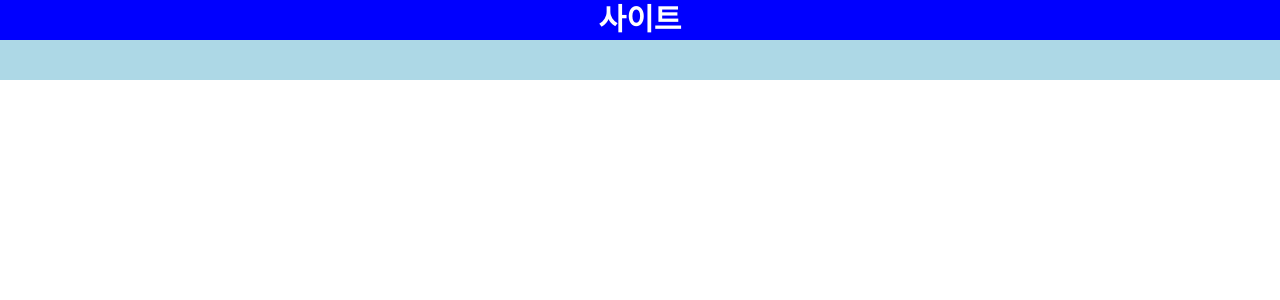
Repository: ImGaram/til
Page: http://localhost/practice/soqn/header.jsp
The author's editor kept a copy of each file at every save. The page is drawn from the files as they stood at one save, then again after the next save.
The browser window is 1280 px wide. The pictures show the whole page.
The page is served by Tomcat 9. Other server files are loaded and not shown.

Above is the page before, as saved 2022-06-28 11:02:02.

### 2학년 jsp(화면구현)/practice/src/main/webapp/soqn/header.jsp
<%@ page language="java" contentType="text/html; charset=UTF-8"
    pageEncoding="UTF-8"%>
<!DOCTYPE html>
<html>
<head>
<meta charset="UTF-8">
<title>header</title>
</head>
<body>
<header style="position:fixed; top:0; left:0; width:100%; height:40px; line-height: 40px; background-color:blue;
 color: white; text-align:center; font-size:30px">
<b>사이트</b>
<nav style="background-color:lightblue; top:0; left:0; width:100%; height:40px;">

</nav>
</header>
</body>
</html>

After the next save:
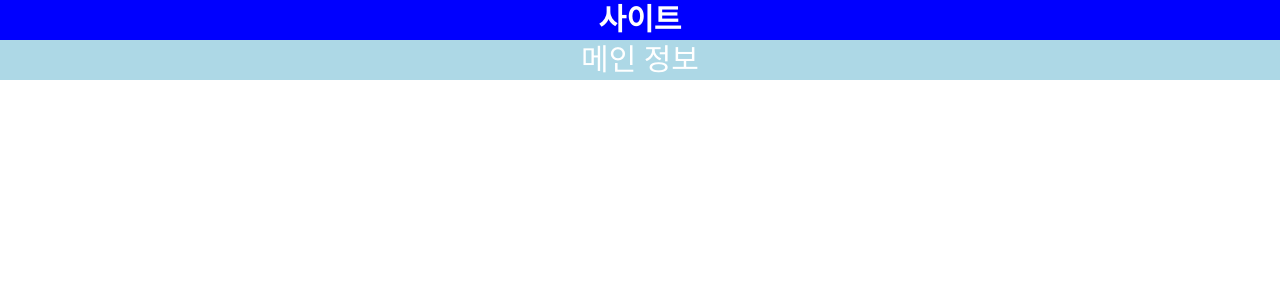
Saved 34 s later.
--- a/2학년 jsp(화면구현)/practice/src/main/webapp/soqn/header.jsp
+++ b/2학년 jsp(화면구현)/practice/src/main/webapp/soqn/header.jsp
@@ -11,7 +11,8 @@
  color: white; text-align:center; font-size:30px">
 <b>사이트</b>
 <nav style="background-color:lightblue; top:0; left:0; width:100%; height:40px;">
-
+<a>메인</a>
+<a>정보</a>
 </nav>
 </header>
 </body>
